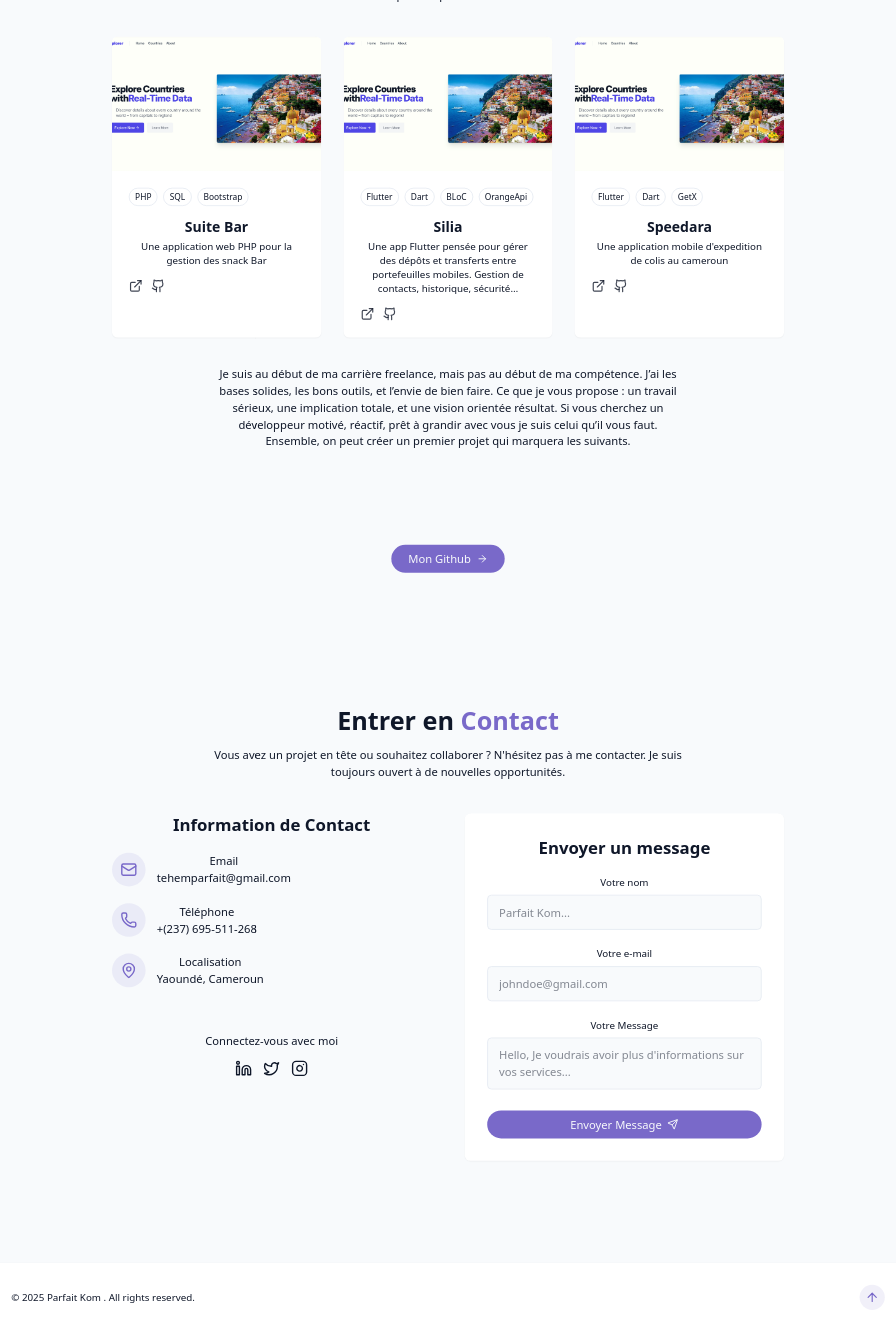
Repository: KOMI18/komi-folio
Page: /
An editor plug-in stored every save of this project. The page is shown before and after a run of saves, followed by the edit.
The browser window is 1280 px wide. The pictures show the part of the page from y = 3985 to 5905 px (the page is 5905 px tall before and 5657 px after), at 70% of full size.
The project was rebuilt for these pictures with package versions that can differ from the ones it lists, and the page was loaded fresh each time. Also part of the build but not shown: vite.config.js, src/pages/NotFound.jsx.

Above is the page before, as saved 2025-06-27 19:32:48.

After the next 2 saves:
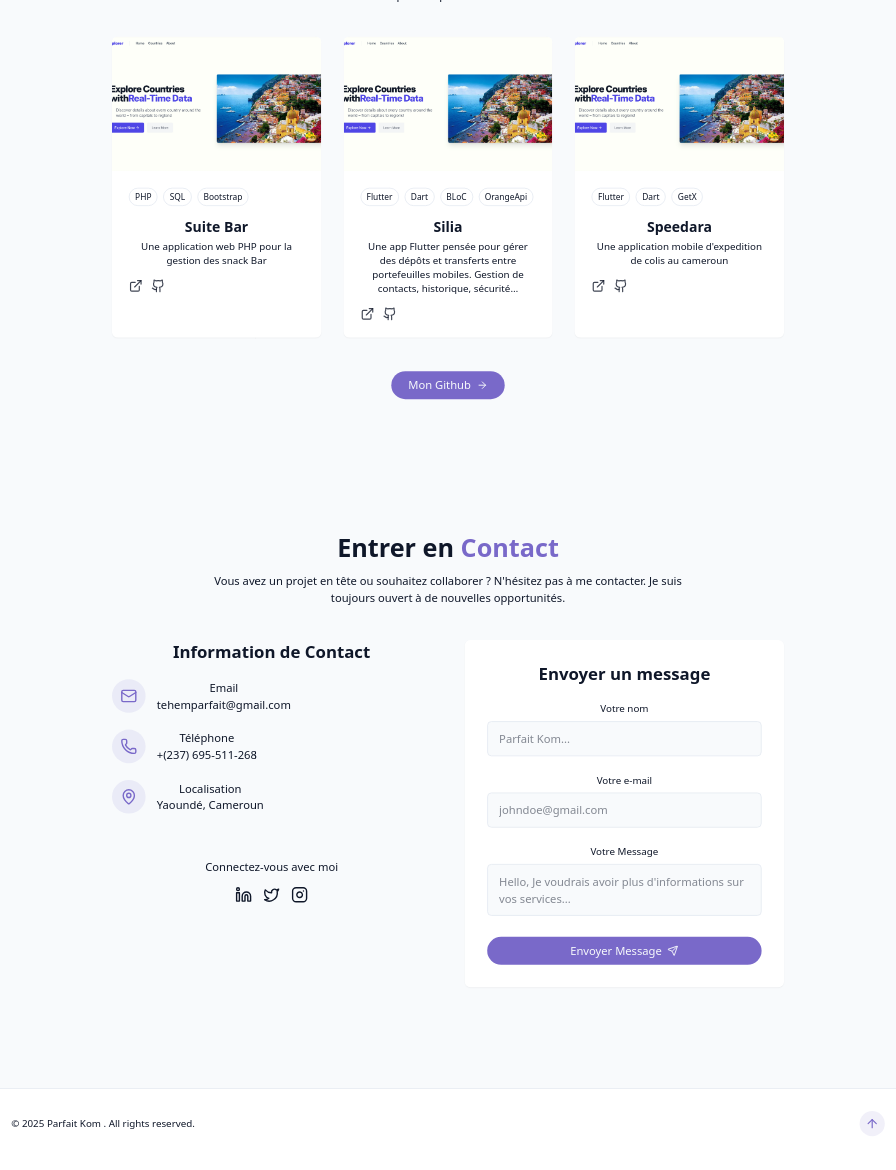
The 2 saves are shown as one change because they came seconds apart.
The last was saved 3 min 25 s later.
--- a/src/components/ProjectsSection.jsx
+++ b/src/components/ProjectsSection.jsx
@@ -116,17 +116,6 @@ export const ProjectsSection = () => {
             </div>
           ))}
         </div>
-       <div className="py-10">
-       <p className="text-center text-muted-foreground mb-12 max-w-2xl mx-auto">
-          Je suis au début de ma carrière freelance, mais pas au début de ma compétence.
-          J’ai les bases solides, les bons outils, et l’envie de bien faire.
-          Ce que je vous propose : un travail sérieux, une implication totale, et une vision orientée résultat.
-
-          Si vous cherchez un développeur motivé, réactif, prêt à grandir avec vous  je suis celui qu’il vous faut.
-          Ensemble, on peut créer un premier projet qui marquera les suivants.
-        </p>
-       </div>
-
         <div className="text-center mt-12">
           <a
             className="cosmic-button w-fit flex items-center mx-auto gap-2"
